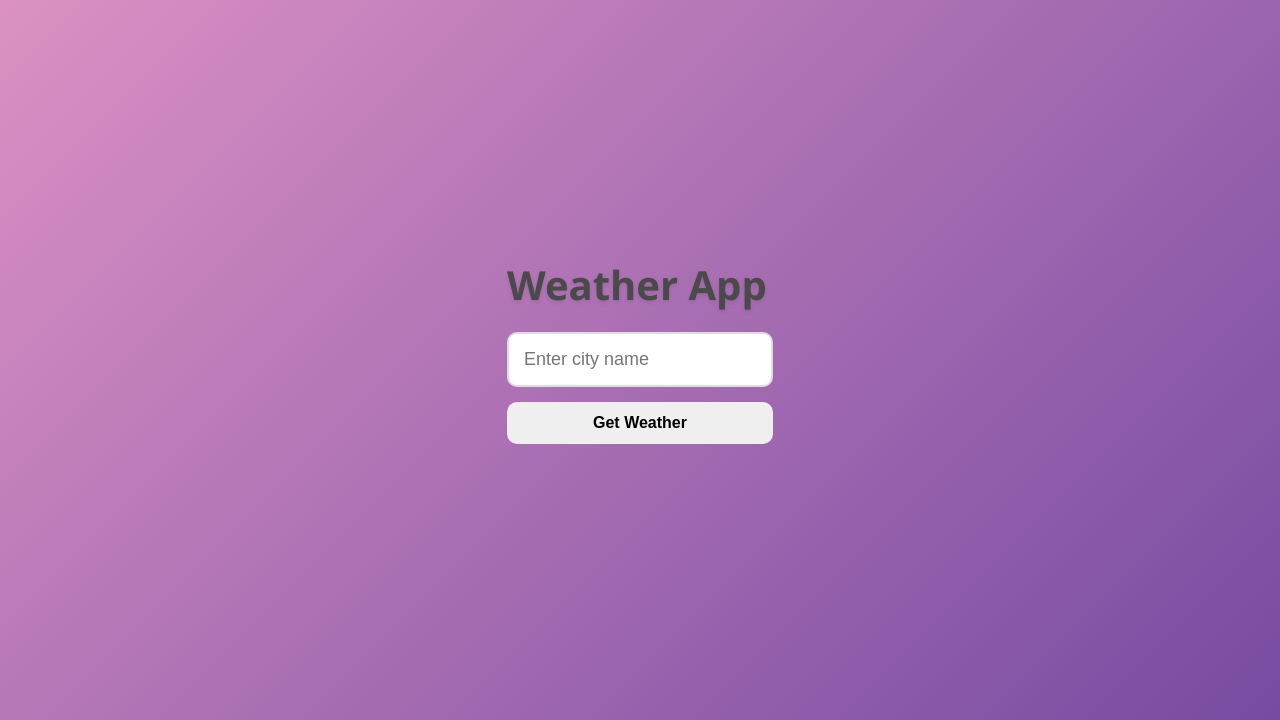
Repository: kalpna-kumari7/weather-app
Page: / (app in weather-app/)
An editor plug-in stored every save of this project. The page is shown before and after a run of saves, followed by the edit.
The browser window is 1280 px wide. The pictures show the whole page.
The project was rebuilt for these pictures with package versions that can differ from the ones it lists, and the page was loaded fresh each time. Also part of the build but not shown: weather-app/src/WeatherDisplay.js.

Above is the page before, as saved 2026-01-21 16:50:48.

After the next 2 saves:
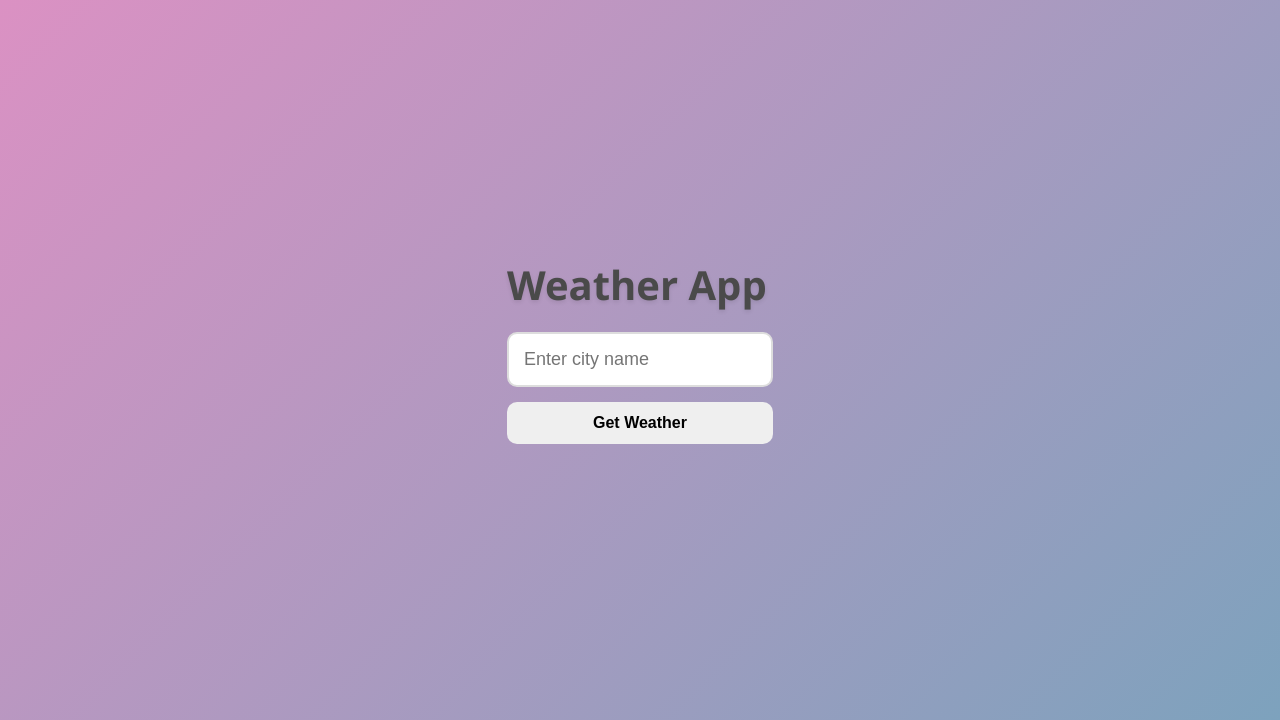
The 2 saves are shown as one change because they came seconds apart.
The last was saved 11 s later.
--- a/weather-app/src/App.css
+++ b/weather-app/src/App.css
@@ -7,7 +7,7 @@
 
 body {
   font-family: 'Segoe UI', Tahoma, Geneva, Verdana, sans-serif;
-  background: linear-gradient(135deg, #db91c3 0%, #764ba2 100%); /* Gradient background */
+  background: linear-gradient(135deg, #db91c3 0%, #7da2bd 100%); /* Gradient background */
   color: #333;
   min-height: 100vh;
   display: flex;
